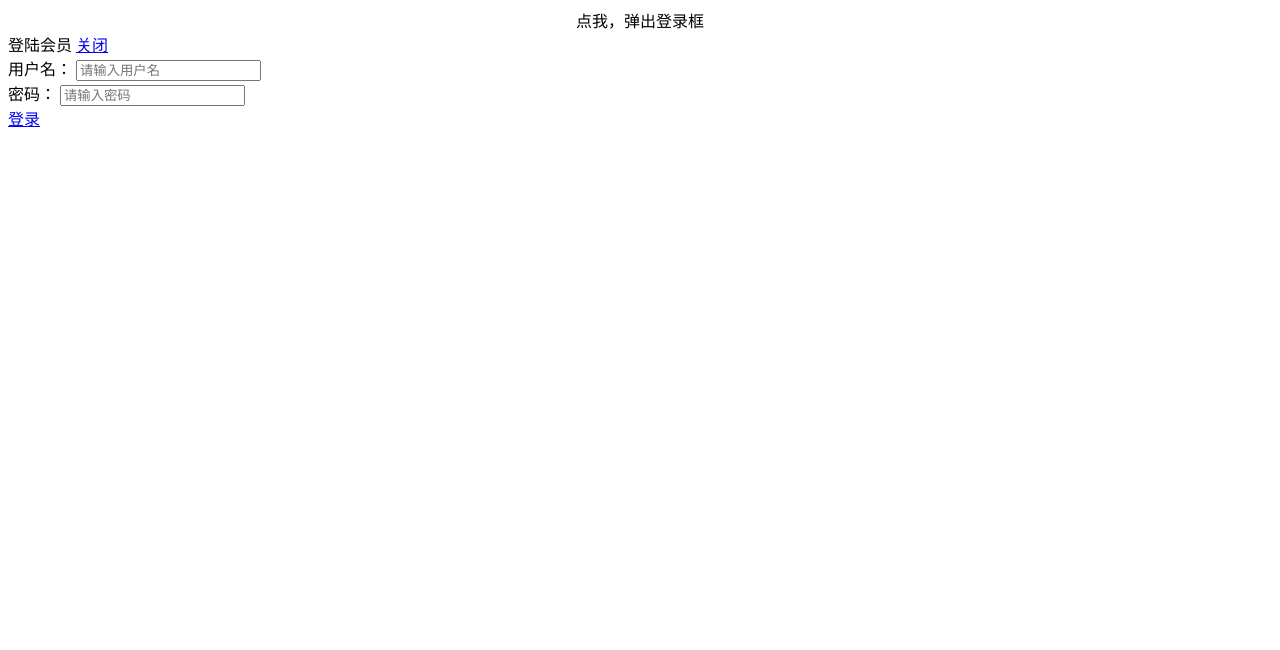
Repository: szl156/class
Page: review/javascript/test/test.html
These files come from the project's save history. The page is drawn as it stood at one moment and after the next save; the edit follows.
The browser window is 1280 px wide. The pictures show the whole page.

Above is the page before, as saved 2022-07-25 16:29:21.

### review/javascript/test/test.html
<!DOCTYPE html>
<html lang="en">

<head>
    <meta charset="UTF-8">
    <meta http-equiv="X-UA-Compatible" content="IE=edge">
    <meta name="viewport" content="width=device-width, initial-scale=1.0">
    <title>拟态框实现</title>
    <style>
        .login-header {
            text-align: center;
        }

        #link {
            text-decoration: none;
            color: black;
        }

        .login-input-content {
            position: absolute;
        }
    </style>
</head>

<body>
    <div class="login-header">
        <a href="javascript:;" id="link">点我，弹出登录框</a>
    </div>
    <div class="login" id="login">
        <div id="title" class="login-title">登陆会员
            <span><a href="javascript:;" id="closeBtn" class="close-login">关闭</a></span>
        </div>
        <div class="login-input-content">
            <div class="login-input">
                <label for="uname">用户名：</label>
                <input type="text" id="uname" name="info[username]" placeholder="请输入用户名">
            </div>
            <div class="login-input">
                <label for="">密码：</label>
                <input type="password" name="psw" id="psw" placeholder="请输入密码">
            </div>
            <div id="loginBtn" class="login-button"><a href="javascript:;">登录</a></div>
        </div>
    </div>
    <div class="login-bg" id="bg"></div>
    <script>
    </script>
</body>

</html>

After the next save:
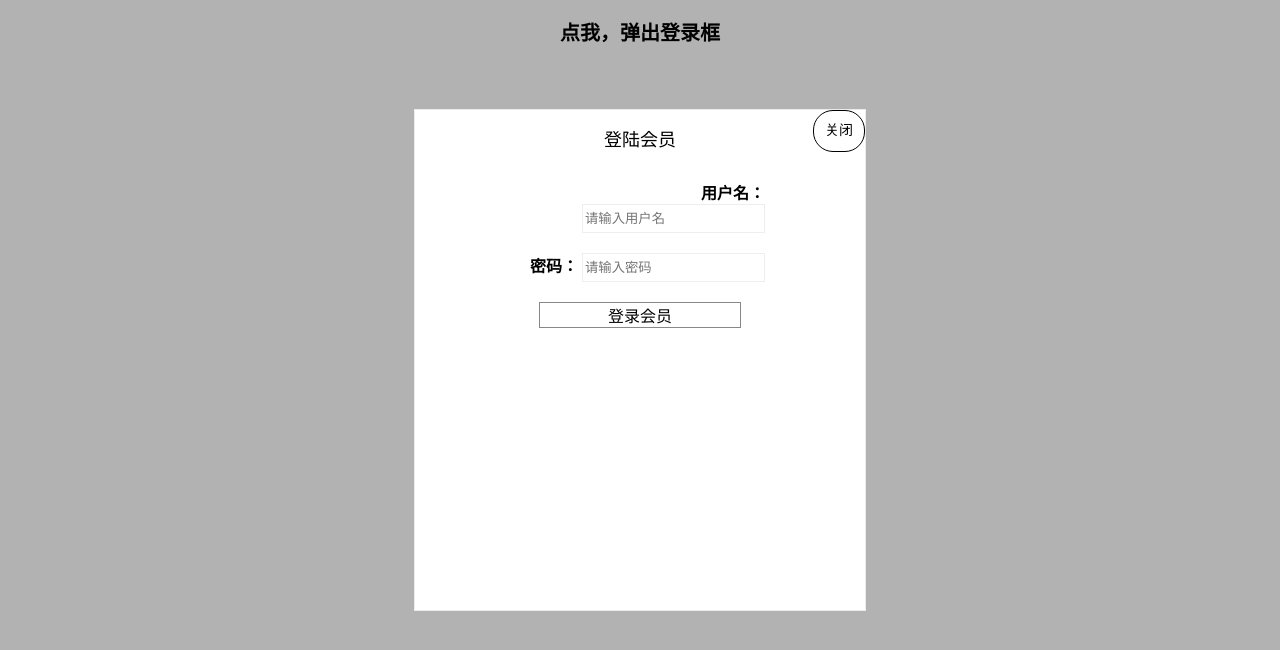
Saved 45 min 44 s later.
--- a/review/javascript/test/test.html
+++ b/review/javascript/test/test.html
@@ -9,6 +9,10 @@
     <style>
         .login-header {
             text-align: center;
+            height: 50px;
+            line-height: 50px;
+            font-size: 20px;
+            font-weight: 800;
         }
 
         #link {
@@ -16,8 +20,75 @@
             color: black;
         }
 
-        .login-input-content {
+        .login {
+            position: fixed;
+            border: #ebebeb solid 1px;
+            width: 450px;
+            height: 500px;
+            background-color: white;
+            left: 50%;
+            top: 50%;
+            transform: translate(-50%, -50%);
+            z-index: 999;
+        }
+
+        .login-title {
+            position: relative;
+            width: 100%;
+            margin: 10px 0 0 0;
+            text-align: center;
+            line-height: 40px;
+            height: 40px;
+            font-size: 18px;
+        }
+
+        span a {
+            text-decoration: none;
+            color: black;
             position: absolute;
+            right: 0;
+            top: -10px;
+            display: block;
+            width: 50px;
+            border: black solid 1px;
+            border-radius: 20px;
+            font-size: 14px;
+        }
+
+        .login-input {
+            text-align: right;
+            margin: 20px 100px;
+            font-weight: 800;
+        }
+
+        .login-input input {
+            border: solid 1px #eeeeee;
+            line-height: 25px;
+            outline: none;
+        }
+
+        .login-button {
+            position: fixed;
+            left: 50%;
+            transform: translate(-50%);
+            text-align: center;
+            width: 200px;
+            border: 1px solid #888888;
+        }
+
+        .login-button a {
+            text-decoration: none;
+            color: black;
+            font-weight: 400;
+        }
+
+        .login-bg {
+            width: 100%;
+            height: 100%;
+            position: fixed;
+            top: 0;
+            left: 0;
+            background-color: rgba(0, 0, 0, .3)
         }
     </style>
 </head>
@@ -36,14 +107,26 @@
                 <input type="text" id="uname" name="info[username]" placeholder="请输入用户名">
             </div>
             <div class="login-input">
-                <label for="">密码：</label>
+                <label>密码：</label>
                 <input type="password" name="psw" id="psw" placeholder="请输入密码">
             </div>
-            <div id="loginBtn" class="login-button"><a href="javascript:;">登录</a></div>
+            <div id="loginBtn" class="login-button"><a href="javascript:;">登录会员</a></div>
         </div>
     </div>
     <div class="login-bg" id="bg"></div>
     <script>
+        let close_btn = document.querySelector('.close-login')
+        let login = document.querySelector('.login')
+        let bg = document.querySelector('.login-bg')
+        let denglu = document.querySelector('#link')
+        denglu.addEventListener('click', function() {
+            login.style.display = 'block'
+            bg.style.display = 'block'
+        })
+        close_btn.addEventListener('click', function() {
+            login.style.display = 'none'
+            bg.style.display = 'none'
+        })
     </script>
 </body>
 
